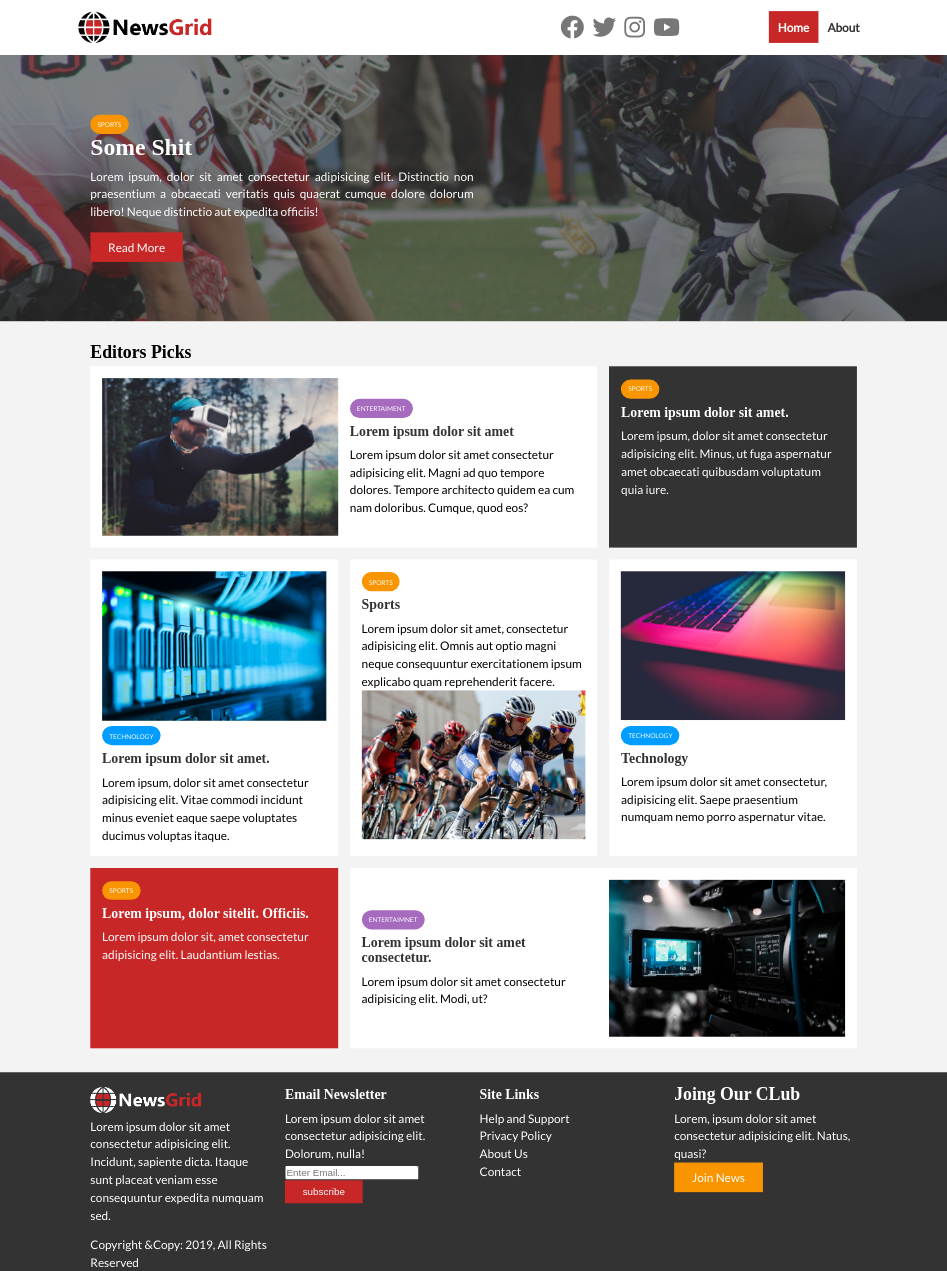
Repository: EswinGiova/NewsGrid
Page: index.html
An editor plug-in stored every save of this project. The page is shown before and after the next save, followed by the edit.
The browser window is 1280 px wide. The pictures show the whole page, at 74% of full size.
Some web libraries are served in a nearby version.

Above is the page before, as saved 2020-09-20 15:47:22.

### index.html
<!DOCTYPE html>
<html lang="en">
  <head>
    <meta charset="UTF-8" />
    <meta name="viewport" content="width=device-width, initial-scale=1.0" />
    <link rel="shortcut icon" type="image/x-icon" href="favicon.ico" />
    <link
      href="https://fonts.googleapis.com/css2?family=Lato&family=Staatliches&display=swap"
      rel="stylesheet"
    />
    <link rel="stylesheet" href="./css/style.css" />
    <link
      rel="stylesheet"
      media="screen and (max-width: 768px)"
      href="./css/mobile.css"
    />

    <link
      rel="stylesheet"
      href="https://cdnjs.cloudflare.com/ajax/libs/font-awesome/5.14.0/css/all.min.css"
      integrity="sha512-1PKOgIY59xJ8Co8+NE6FZ+LOAZKjy+KY8iq0G4B3CyeY6wYHN3yt9PW0XpSriVlkMXe40PTKnXrLnZ9+fkDaog=="
      crossorigin="anonymous"
    />

    <title>NewsGrid | Latest News</title>
  </head>
  <body>
    <nav id="main-nav">
      <div class="container">
        <img src="./image_resources/logo.png" alt="" class="logo" />
        <div class="social">
          <a href="#" target="_blank"><i class="fab fa-facebook fa-2x"></i></a>
          <a href="#" target="_blank"><i class="fab fa-twitter fa-2x"></i></a>
          <a href="#" target="_blank"><i class="fab fa-instagram fa-2x"></i></a>
          <a href="#" target="_blank"><i class="fab fa-youtube fa-2x"></i></a>
        </div>
        <ul>
          <li><a href="#" class="current">Home</a></li>
          <li><a href="#">About </a></li>
        </ul>
      </div>
    </nav>

    <header id="showcase">
      <div class="container">
        <div class="showcase-container">
          <div class="showcase-content">
            <div class="category category-sports">Sports</div>
            <h1>Some Shit</h1>
            <p>
              Lorem ipsum, dolor sit amet consectetur adipisicing elit.
              Distinctio non praesentium a obcaecati veritatis quis quaerat
              cumque dolore dolorum libero! Neque distinctio aut expedita
              officiis!
            </p>
            <a href="./article.html" class="btn btn-primary">Read More </a>
          </div>
        </div>
      </div>
    </header>
    <!-- Hombe articles -->

    <section id="home-articles" class="py-2">
      <div class="container">
        <h2>Editors Picks</h2>
        <div class="articles-container">
          <article class="card">
            <img src="./image_resources/articles/ent1.jpg" alt="" />
            <div>
              <div class="category category-ent">Entertaiment</div>
              <h3>
                <a href="./article.html">Lorem ipsum dolor sit amet</a>
              </h3>
              <p>
                Lorem ipsum dolor sit amet consectetur adipisicing elit. Magni
                ad quo tempore dolores. Tempore architecto quidem ea cum nam
                doloribus. Cumque, quod eos?
              </p>
            </div>
          </article>
          <article class="card bg-dark">
            <div class="category category-sports">Sports</div>
            <h3>
              <a href="./article.html">Lorem ipsum dolor sit amet.</a>
            </h3>
            <p>
              Lorem ipsum, dolor sit amet consectetur adipisicing elit. Minus,
              ut fuga aspernatur amet obcaecati quibusdam voluptatum quia iure.
            </p>
          </article>

          <article class="card">
            <img src="./image_resources/articles/tech1.jpg" alt="" />
            <div class="category category-tech">Technology</div>
            <h3><a href="./article.html">Lorem ipsum dolor sit amet.</a></h3>
            <p>
              Lorem ipsum, dolor sit amet consectetur adipisicing elit. Vitae
              commodi incidunt minus eveniet eaque saepe voluptates ducimus
              voluptas itaque.
            </p>
          </article>

          <article class="card">
            <div class="category category-sports">Sports</div>
            <h3>
              <a href="./article.html">Sports</a>
            </h3>
            <p>
              Lorem ipsum dolor sit amet, consectetur adipisicing elit. Omnis
              aut optio magni neque consequuntur exercitationem ipsum explicabo
              quam reprehenderit facere.
            </p>
            <img src="./image_resources/articles/sports1.jpg" alt="" />
          </article>

          <article class="card">
            <img src="./image_resources/articles/tech2.jpg" alt="" />
            <div class="category category-tech">Technology</div>
            <h3><a href="./article.html">Technology</a></h3>
            <p>
              Lorem ipsum dolor sit amet consectetur, adipisicing elit. Saepe
              praesentium numquam nemo porro aspernatur vitae.
            </p>
          </article>
          <article class="card bg-primary">
            <div class="category category-sports">Sports</div>
            <h3>
              <a href="./article.html">Lorem ipsum, dolor sitelit. Officiis.</a>
            </h3>
            <p>
              Lorem ipsum dolor sit, amet consectetur adipisicing elit.
              Laudantium lestias.
            </p>
          </article>

          <article class="card">
            <div>
              <div class="category category-ent">Entertaimnet</div>
              <h3>
                <a href="./article.html"
                  >Lorem ipsum dolor sit amet consectetur.</a
                >
              </h3>
              <p>
                Lorem ipsum dolor sit amet consectetur adipisicing elit. Modi,
                ut?
              </p>
            </div>
            <img src="./image_resources/articles/ent2.jpg" alt="" />
          </article>
        </div>
      </div>
    </section>
    <footer id="main-footer">
      <div class="container footer-container">
        <div>
          <img src="./image_resources/logo_light.png" alt="news" />
          <p>
            Lorem ipsum dolor sit amet consectetur adipisicing elit. Incidunt,
            sapiente dicta. Itaque sunt placeat veniam esse consequuntur
            expedita numquam sed.
          </p>
        </div>
        <div>
          <h3>Email Newsletter</h3>
          <p>
            Lorem ipsum dolor sit amet consectetur adipisicing elit. Dolorum,
            nulla!
          </p>
          <form>
            <input type="email" placeholder="Enter Email..." />
            <input type="submit" value="subscribe" class="btn btn-primary" />
          </form>
        </div>
        <div>
          <h3>Site Links</h3>
          <ul class="list">
            <li><a href="#">Help and Support</a></li>
            <li><a href="#">Privacy Policy</a></li>
            <li><a href="#">About Us</a></li>
            <li><a href="#">Contact</a></li>
          </ul>
        </div>
        <div>
          <h2>Joing Our CLub</h2>
          <p>
            Lorem, ipsum dolor sit amet consectetur adipisicing elit. Natus,
            quasi?
          </p>
          <a href="#" class="btn btn-secondary">Join News</a>
        </div>
        <div>
          <p>Copyright &Copy: 2019, All Rights Reserved</p>
        </div>
      </div>
    </footer>
  </body>
</html>

### css/style.css
:root {
  --primary-color: #c72727;
  --secondary-color: #f99500;
  --light-color: #f3f3f3;
  --dark-color: #333;
  --max-width: 1100px;
}

.category {
  --sports-color: #f99500;
  --ent-color: #a66bbe;
  --tech-color: #009cff;
}
* {
  margin: 0;
  padding: 0;
  box-sizing: border-box;
}
body {
  font-family: 'Lato', sans-serif;
  line-height: 1.5;
  background: var(--light-color);
}

a {
  color: var(--dark-color);
  text-decoration: none;
}

ul {
  list-style: none;
}

img {
  width: 100%;
}

h1,
h2,
h3,
h4,
h5,
h6 {
  font-family: 'Staaliches', cursive;
  margin-bottom: 0.55rem;
  line-height: 1.3rem;
}

/*  utility class */

.container {
  max-width: var(--max-width);
  margin: auto;
  padding: 0 2rem;
  overflow: hidden;
}

/* category */

.category {
  display: inline-block;
  color: #fff;
  font-size: 0.55rem;
  text-transform: uppercase;
  padding: 0.4rem 0.6rem;
  border-radius: 15px;
  margin-bottom: 0.5rem;
}

.category-sports {
  background: var(--sports-color);
}
.category-ent {
  background: var(--ent-color);
}
.category-tech {
  background: var(--tech-color);
}

/* btn */

.btn {
  display: inline-block;
  border: none;
  background: var(--dark-color);
  color: #fff;
  padding: 0.5rem 1.5rem;
}

.btn-light {
  background: var(--light-color);
}
.btn-primary {
  background: var(--primary-color);
}
.btn-secondary {
  background: var(--secondary-color);
}
.btn:hover {
  opacity: 0.8;
}

.btn-block {
  display: block;
  width: 100%;
  text-align: center;
}

/* cards */

.card {
  background: white;
  padding: 1rem;
}

.bg-dark {
  background: var(--dark-color);
  color: white;
}
.bg-primary {
  background: var(--primary-color);
  color: white;
}
.bg-secondary {
  background: var(--secondary-color);
  color: #fff;
}
.py-1 {
  padding: 1.5rem 0;
}
.py-2 {
  padding: 2rem 0;
}
.py-3 {
  padding: 3rem 0;
}
.p-1 {
  padding: 1.5rem;
}
.p-2 {
  padding: 2rem;
}
.p-3 {
  padding: 3rem;
}

.bg-dark h1,
.bg-dark h2,
.bg-dark h3,
.bg-dark a,
.bg-primary h1,
.bg-primary h2,
.bg-primary h3,
.bg-primary a,
.bg-secondary h1,
.bg-secondary h2,
.bg-secondary h3,
.bg-secondary a {
  color: #fff;
}

/* Navigation */
#main-nav {
  background: #fff;
  position: sticky;
  top: 0;
  z-index: 2;
}

#main-nav .container {
  display: grid;
  grid-template-columns: 6fr 3fr 2fr;
  padding: 1rem;
  align-items: center;
}

#main-nav .logo {
  width: 180px;
}

#main-nav ul {
  display: flex;
  justify-self: end;
}

#main-nav ul li a {
  padding: 0.77rem;
  font-weight: bold;
}

#main-nav ul li .current {
  background: var(--primary-color);
  color: white;
}

#main-nav ul li .current:hover {
  background: var(--light-color);
  color: var(--dark-color);
}
#main-nav .social {
  justify-self: center;
}

#main-nav .social i {
  color: #777;
  margin-left: 0.5rem;
}

/* showcase */
#showcase {
  background: #333;
  color: #fff;
  position: relative;
}

#showcase:before {
  content: '';
  background: url('../image_resources/featured.jpg') center center/cover;
  position: absolute;
  top: 0;
  left: 0;
  width: 100%;
  height: 100%;
  opacity: 0.4;
}
#showcase .showcase-container {
  height: 50vh;
  display: grid;
  grid-template-columns: repeat(2, 1fr);
  justify-content: center;
  align-content: center;
}
#showcase .showcase-container .showcase-content {
  z-index: 2;
  text-align: justify;
}
#showcase .showcase-container .showcase-content p {
  margin: 1rem 0;
}
/* Home Articles  */

#home-articles .articles-container {
  display: grid;
  grid-template-columns: repeat(3, 1fr);
  grid-gap: 1rem;
}

#home-articles .articles-container > *:first-child,
#home-articles .articles-container > *:last-child {
  display: grid;
  grid-template-columns: repeat(2, 1fr);
  grid-column: 1 / span 2;
  grid-gap: 1rem;
  align-items: center;
}
#home-articles .articles-container > *:last-child {
  grid-column: 2 / span 2;
}

/* footer */
#main-footer {
  background: var(--dark-color);
  color: #fff;
}

#main-footer img {
  width: 150px;
}

#main-footer a {
  color: #fff;
}

#main-footer .footer-container {
  display: grid;
  grid-template-columns: repeat(4, 1fr);
  grid-gap: 1rem;
  padding-top: 20px;
}

Loaded but not shown: css/mobile.css (no copy from this time; the picture is the same without it)

After the next save:
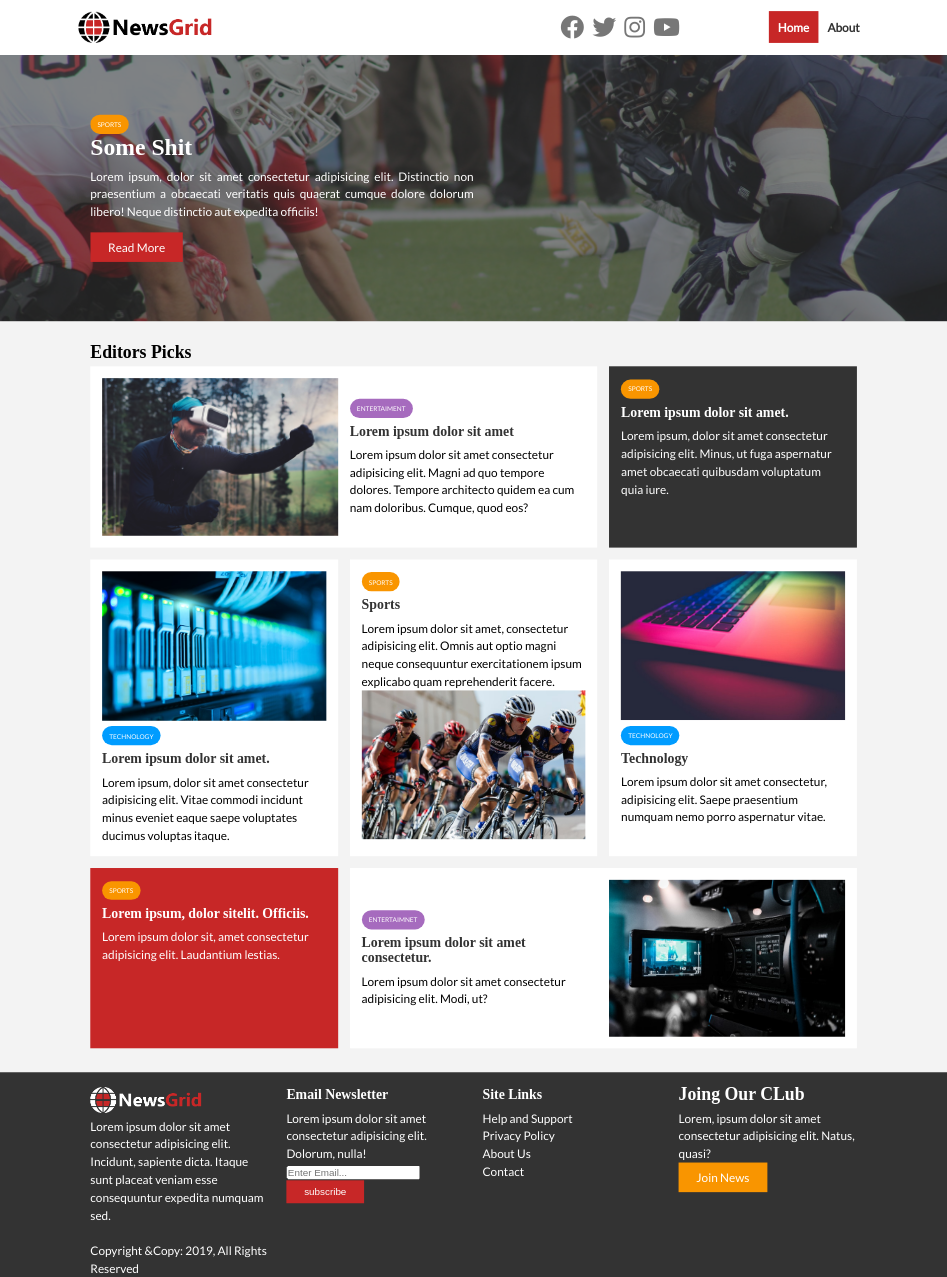
Saved 12 s later.
--- a/css/style.css
+++ b/css/style.css
@@ -274,6 +274,6 @@ h6 {
 #main-footer .footer-container {
   display: grid;
   grid-template-columns: repeat(4, 1fr);
-  grid-gap: 1rem;
+  grid-gap: 1.5rem;
   padding-top: 20px;
 }
